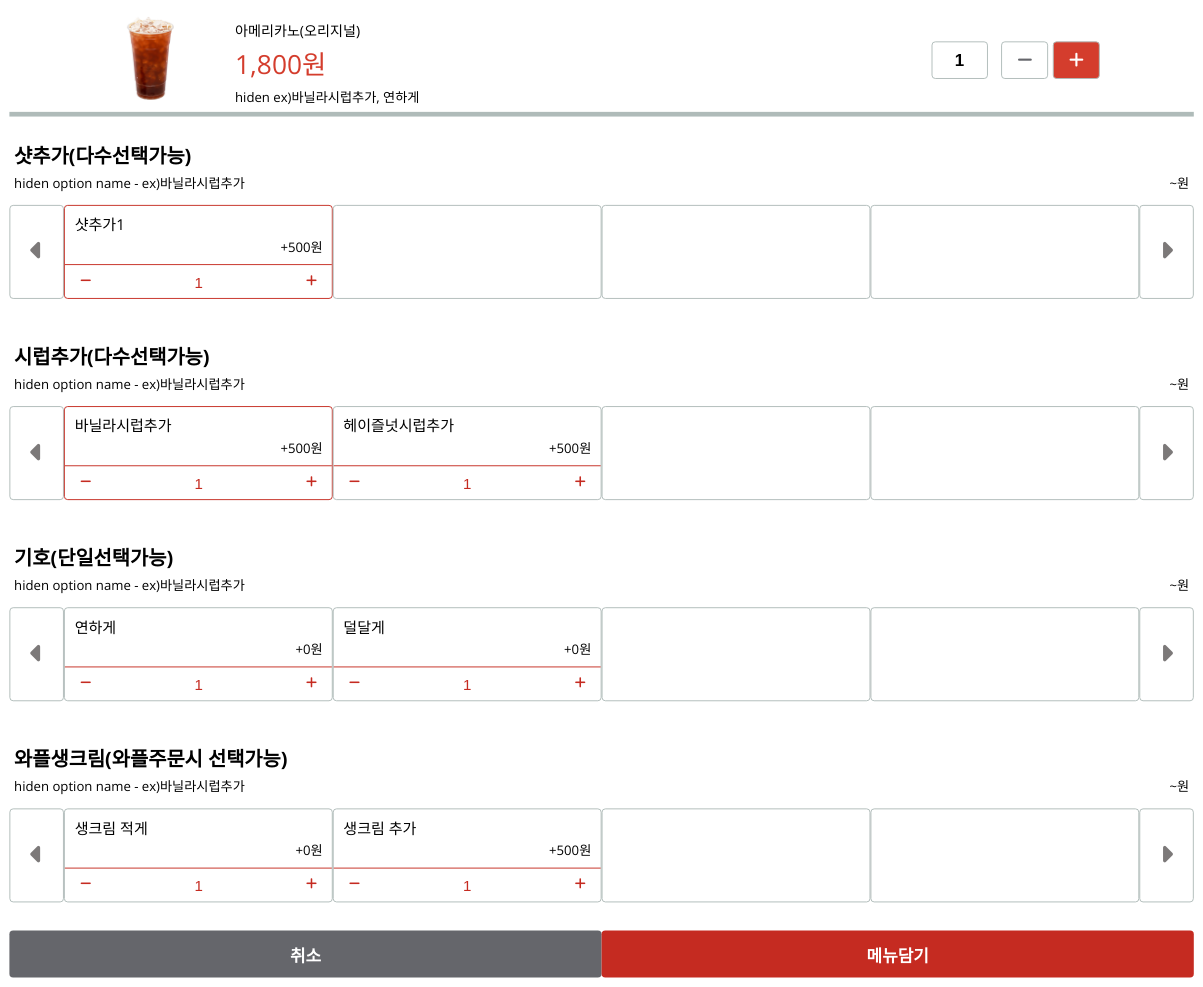
Repository: leebo-ram/tripleacoffee
Page: popup/options.html
The author's editor kept a copy of each file at every save. The page is drawn from the files as they stood at one save, then again after the next save.
The browser window is 1280 px wide. The pictures show the whole page, at 94% of full size.
Some web libraries are served in a nearby version.

Above is the page before, as saved 2023-01-01 20:40:03.

### popup/options.html
<!DOCTYPE html>
<html lang="en">

<head>
  <meta charset="UTF-8">
  <meta http-equiv="X-UA-Compatible" content="IE=edge">
  <meta name="viewport" content="width=device-width, initial-scale=1.0">
  <title>Select options(옵션선택)</title>
  <meta name="description"
    content="tripleacoffee Portfolio for world-renowned software engineer Lee Bo-ram and Byeon Sang-woo">

  <link rel="icon" type="image/png" href="../img/0_logo/logo_h.jpg" />

  <!-- 무료icon 적용하기 -->
  <script src="https://kit.fontawesome.com/24a94e1bce.js" crossorigin="anonymous"></script>


  <!-- 글씨체 적용하기 -->
  <link href="https://fonts.googleapis.com/css2?family=Open+Sans:wght@400;600;700&display=swap" rel="stylesheet">
  <!-- css(font-글씨체) : font-family: 'Open Sans', sans-serif;-->

  <link rel="stylesheet" href="../style2.css">
  <script src="../options.js" defer></script>

</head>

<body>
  <!-- 메뉴 보이기  -->
  <section id="showMenu">
    <!-- 선택한 메뉴 보이기 -->
    <div class="show__menu">
      <img class="showMenu__img" src="../img/1_COFFEE/1_아메리카노.png" alt="아메리카노" />
    </div>

    <div class="showMenu__description">
      <p>아메리카노(오리지널)</p>
      <p class="showMenu__description_price">1,800원</p>
      <p class="option__text select__option nonselect__hiden">hiden ex)바닐라시럽추가, 연하게</p>
    </div>

    <!-- 선택한 메뉴 수량 증감Btn -->
    <div class="plusMinus">
      <input type="text" value="1" class="prod-quantity__input__menu" maxlength="2" autocomplete="off">

      <button class="showMenu__btn showMenu__minus__btn">
        <i class="fas fa-minus"></i>
      </button>

      <button class="showMenu__btn showMenu__plus__btn">
        <i class="fas fa-plus"></i>
      </button>
    </div>
  </section>
  <!-- option__discription!! -->
  <!-- 옵션사항 - 샷추가 -->
  <section id="options">
    <div class="option__discription">
      <h3>샷추가(다수선택가능)</h3>
      <ul class="option__text__hiden">
        <li>hiden option name - ex)바닐라시럽추가</li>
        <li> ~원</li>
      </ul>
    </div>

    <div class="prod-buy__quantity">

      <!-- arrow Btn(양끝 btn) -->
      <button class="options__arrow__left">
        <i class="fas fa-caret-left"></i>
      </button>
      <button class="options__arrow__right">
        <i class="fas fa-caret-right"></i>
      </button>

      <div class="prod-quantity__form selected">
        <p class="quantity__biscriptipn">샷추가1</p>
        <p class="quantity__price">+500원</p>

        <!-- 옵션 수량 증감Btn -->
        <div class="option__plusMinus">
          <input type="text" value="1" maxlength="2" autocomplete="off">

          <!-- plus botton -->
          <button class="prod-quantity__plus" type="button">
            <i class="fas fa-plus"></i>
          </button>

          <!-- minus botton -->
          <button class="prod-quantity__minus" type="button">
            <i class="fas fa-minus"></i>
          </button>
        </div>
      </div>

      <div class="prod-quantity__form">
        <!-- <p class="quantity__biscriptipn ">샷추가2</p>
                  <p class="quantity__price">+500원</p> -->

        <!-- 옵션 수량 증감Btn -->
        <!-- <div class="option__plusMinus">
                    <input type="text" value="1" maxlength="2" autocomplete="off"> -->

        <!-- plus botton -->
        <!-- <button class="prod-quantity__plus" type="button">
                      <i class="fas fa-plus"></i>
                    </button> -->

        <!-- minus botton -->
        <!-- <button class="prod-quantity__minus" type="button">
                      <i class="fas fa-minus"></i>
                    </button>
                  </div> -->
      </div>

      <div class="prod-quantity__form">
        <!-- <p class="quantity__biscriptipn ">샷추가3</p>
              <p class="quantity__price">+500원</p> -->

        <!-- 옵션 수량 증감Btn -->
        <!-- <div class="option__plusMinus ">
                <input type="text" value="1" maxlength="2" autocomplete="off"> -->

        <!-- plus botton -->
        <!-- <button class="prod-quantity__plus" type="button">
                  <i class="fas fa-plus"></i>
                </button> -->

        <!-- minus botton -->
        <!-- <button class="prod-quantity__minus" type="button">
                  <i class="fas fa-minus"></i>
                </button>
              </div> -->
      </div>

      <div class="prod-quantity__form">
        <!-- <p class="quantity__biscriptipn">샷추가4</p>
              <p class="quantity__price">+500원</p> -->

        <!-- 옵션 수량 증감Btn -->
        <!-- <div class="option__plusMinus">
                <input type="text" value="1" maxlength="2" autocomplete="off"> -->

        <!-- plus botton -->
        <!-- <button class="prod-quantity__plus" type="button">
                  <i class="fas fa-plus"></i>
                </button> -->

        <!-- minus botton -->
        <!-- <button class="prod-quantity__minus" type="button">
                  <i class="fas fa-minus"></i>
                </button>
              </div> -->
      </div>
    </div>
  </section>


  <!-- 옵션사항_시럽추가 -->
  <section id="options">
    <div class="option__discription">
      <h3>시럽추가(다수선택가능)</h3>
      <ul class="option__text__hiden">
        <li>hiden option name - ex)바닐라시럽추가</li>
        <li> ~원</li>
      </ul>
    </div>

    <div class="prod-buy__quantity">
      <!-- arrow Btn -->
      <button class="options__arrow__left">
        <i class="fas fa-caret-left"></i>
      </button>
      <button class="options__arrow__right">
        <i class="fas fa-caret-right"></i>
      </button>

      <div class="prod-quantity__form selected">
        <p class="quantity__biscriptipn">바닐라시럽추가</p>
        <p class="quantity__price">+500원</p>

        <!-- 옵션 수량 증감Btn -->
        <div class="option__plusMinus">
          <input type="text" value="1" maxlength="2" autocomplete="off">

          <!-- plus botton -->
          <button class="prod-quantity__plus" type="button">
            <i class="fas fa-plus"></i>
          </button>

          <!-- minus botton -->
          <button class="prod-quantity__minus" type="button">
            <i class="fas fa-minus"></i>
          </button>
        </div>
      </div>

      <div class="prod-quantity__form">
        <p class="quantity__biscriptipn ">헤이즐넛시럽추가</p>
        <p class="quantity__price">+500원</p>

        <!-- 옵션 수량 증감Btn -->
        <div class="option__plusMinus">
          <input type="text" value="1" maxlength="2" autocomplete="off">

          <!-- plus botton -->
          <button class="prod-quantity__plus" type="button">
            <i class="fas fa-plus"></i>
          </button>

          <!-- minus botton -->
          <button class="prod-quantity__minus" type="button">
            <i class="fas fa-minus"></i>
          </button>
        </div>
      </div>

      <div class="prod-quantity__form">
        <!-- <p class="quantity__biscriptipn ">샷추가3</p>
              <p class="quantity__price">+500원</p> -->

        <!-- 옵션 수량 증감Btn -->
        <!-- <div class="option__plusMinus ">
                <input type="text" value="1" maxlength="2" autocomplete="off"> -->

        <!-- plus botton -->
        <!-- <button class="prod-quantity__plus" type="button">
                  <i class="fas fa-plus"></i>
                </button> -->

        <!-- minus botton -->
        <!-- <button class="prod-quantity__minus" type="button">
                  <i class="fas fa-minus"></i>
                </button>
              </div> -->
      </div>

      <div class="prod-quantity__form">
        <!-- <p class="quantity__biscriptipn">샷추가4</p>
              <p class="quantity__price">+500원</p> -->

        <!-- 옵션 수량 증감Btn -->
        <!-- <div class="option__plusMinus">
                <input type="text" value="1" maxlength="2" autocomplete="off"> -->

        <!-- plus botton -->
        <!-- <button class="prod-quantity__plus" type="button">
                  <i class="fas fa-plus"></i>
                </button> -->

        <!-- minus botton -->
        <!-- <button class="prod-quantity__minus" type="button">
                  <i class="fas fa-minus"></i>
                </button>
              </div> -->
      </div>
    </div>
  </section>


  <!-- 옵션사항_기호(단일선택) -->
  <section id="options">
    <div class="option__discription">
      <h3>기호(단일선택가능)</h3>
      <ul class="option__text__hiden">
        <li>hiden option name - ex)바닐라시럽추가</li>
        <li> ~원</li>
      </ul>
    </div>

    <div class="prod-buy__quantity">
      <!-- arrow Btn -->
      <button class="options__arrow__left">
        <i class="fas fa-caret-left"></i>
      </button>
      <button class="options__arrow__right">
        <i class="fas fa-caret-right"></i>
      </button>

      <div class="prod-quantity__form">
        <p class="quantity__biscriptipn">연하게</p>
        <p class="quantity__price">+0원</p>

        <!-- 옵션 수량 증감Btn -->
        <div class="option__plusMinus">
          <input type="text" value="1" maxlength="2" autocomplete="off">

          <!-- plus botton -->
          <button class="prod-quantity__plus" type="button">
            <i class="fas fa-plus"></i>
          </button>

          <!-- minus botton -->
          <button class="prod-quantity__minus" type="button">
            <i class="fas fa-minus"></i>
          </button>
        </div>
      </div>

      <div class="prod-quantity__form">
        <p class="quantity__biscriptipn ">덜달게</p>
        <p class="quantity__price">+0원</p>

        <!-- 옵션 수량 증감Btn -->
        <div class="option__plusMinus">
          <input type="text" value="1" maxlength="2" autocomplete="off">

          <!-- plus botton -->
          <button class="prod-quantity__plus" type="button">
            <i class="fas fa-plus"></i>
          </button>

          <!-- minus botton -->
          <button class="prod-quantity__minus" type="button">
            <i class="fas fa-minus"></i>
          </button>
        </div>
      </div>

      <div class="prod-quantity__form">
        <!-- <p class="quantity__biscriptipn ">샷추가3</p>
              <p class="quantity__price">+500원</p> -->

        <!-- 옵션 수량 증감Btn -->
        <!-- <div class="option__plusMinus ">
                <input type="text" value="1" maxlength="2" autocomplete="off"> -->

        <!-- plus botton -->
        <!-- <button class="prod-quantity__plus" type="button">
                  <i class="fas fa-plus"></i>
                </button> -->

        <!-- minus botton -->
        <!-- <button class="prod-quantity__minus" type="button">
                  <i class="fas fa-minus"></i>
                </button>
              </div> -->
      </div>

      <div class="prod-quantity__form">
        <!-- <p class="quantity__biscriptipn">샷추가4</p>
              <p class="quantity__price">+500원</p> -->

        <!-- 옵션 수량 증감Btn -->
        <!-- <div class="option__plusMinus">
                <input type="text" value="1" maxlength="2" autocomplete="off"> -->

        <!-- plus botton -->
        <!-- <button class="prod-quantity__plus" type="button">
                  <i class="fas fa-plus"></i>
                </button> -->

        <!-- minus botton -->
        <!-- <button class="prod-quantity__minus" type="button">
                  <i class="fas fa-minus"></i>
                </button>
              </div> -->
      </div>
    </div>
  </section>


  <!-- 옵션사항_기호(단일선택):와플생크림 적게 -->
  <section id="options">
    <div class="option__discription">
      <h3 class="option__text">와플생크림(와플주문시 선택가능)</h3>
      <ul class="option__text__hiden">
        <li class="nonSelect__hiden">hiden option name - ex)바닐라시럽추가</li>
        <li class="nonSelect__hiden"> ~원</li>
      </ul>
    </div>

    <div class="prod-buy__quantity">
      <!-- arrow Btn -->
      <button class="options__arrow__left">
        <i class="fas fa-caret-left"></i>
      </button>
      <button class="options__arrow__right">
        <i class="fas fa-caret-right"></i>
      </button>

      <div class="prod-quantity__form">
        <p class="quantity__biscriptipn">생크림 적게</p>
        <p class="quantity__price">+0원</p>

        <!-- 옵션 수량 증감Btn -->
        <div class="option__plusMinus">
          <input type="text" value="1" maxlength="2" autocomplete="off">

          <!-- plus botton -->
          <button class="prod-quantity__plus" type="button">
            <i class="fas fa-plus"></i>
          </button>

          <!-- minus botton -->
          <button class="prod-quantity__minus" type="button">
            <i class="fas fa-minus"></i>
          </button>
        </div>
      </div>

      <div class="prod-quantity__form">
        <p class="quantity__biscriptipn ">생크림 추가</p>
        <p class="quantity__price">+500원</p>

        <!-- 옵션 수량 증감Btn -->
        <div class="option__plusMinus">
          <input type="text" value="1" maxlength="2" autocomplete="off">

          <!-- plus botton -->
          <button class="prod-quantity__plus" type="button">
            <i class="fas fa-plus"></i>
          </button>

          <!-- minus botton -->
          <button class="prod-quantity__minus" type="button">
            <i class="fas fa-minus"></i>
          </button>
        </div>
      </div>

      <div class="prod-quantity__form">
        <!-- <p class="quantity__biscriptipn ">샷추가3</p>
              <p class="quantity__price">+500원</p> -->

        <!-- 옵션 수량 증감Btn -->
        <!-- <div class="option__plusMinus ">
                <input type="text" value="1" maxlength="2" autocomplete="off"> -->

        <!-- plus botton -->
        <!-- <button class="prod-quantity__plus" type="button">
                  <i class="fas fa-plus"></i>
                </button> -->

        <!-- minus botton -->
        <!-- <button class="prod-quantity__minus" type="button">
                  <i class="fas fa-minus"></i>
                </button>
              </div> -->
      </div>

      <div class="prod-quantity__form">
        <!-- <p class="quantity__biscriptipn">샷추가4</p>
              <p class="quantity__price">+500원</p> -->

        <!-- 옵션 수량 증감Btn -->
        <!-- <div class="option__plusMinus">
                <input type="text" value="1" maxlength="2" autocomplete="off"> -->

        <!-- plus botton -->
        <!-- <button class="prod-quantity__plus" type="button">
                  <i class="fas fa-plus"></i>
                </button> -->

        <!-- minus botton -->
        <!-- <button class="prod-quantity__minus" type="button">
                  <i class="fas fa-minus"></i>
                </button>
              </div> -->
      </div>
    </div>
  </section>



  <!-- 취소, 메뉴담기 btn -->
  <section id="carts">
    <div class="cart">
      <a href="../menu/menu_v2.html">
        <button class="cart_btn cart__cansle__Btn">취소</button>
      </a>
    </div>
    <div class="cart">
      <button class="cart_btn cart__ok__Btn">메뉴담기</button>
    </div>
  </section>

</body>

</html>

Loaded but not shown: options.js (33 lines, source omitted); style2.css (1065 lines, source omitted)

After the next save:
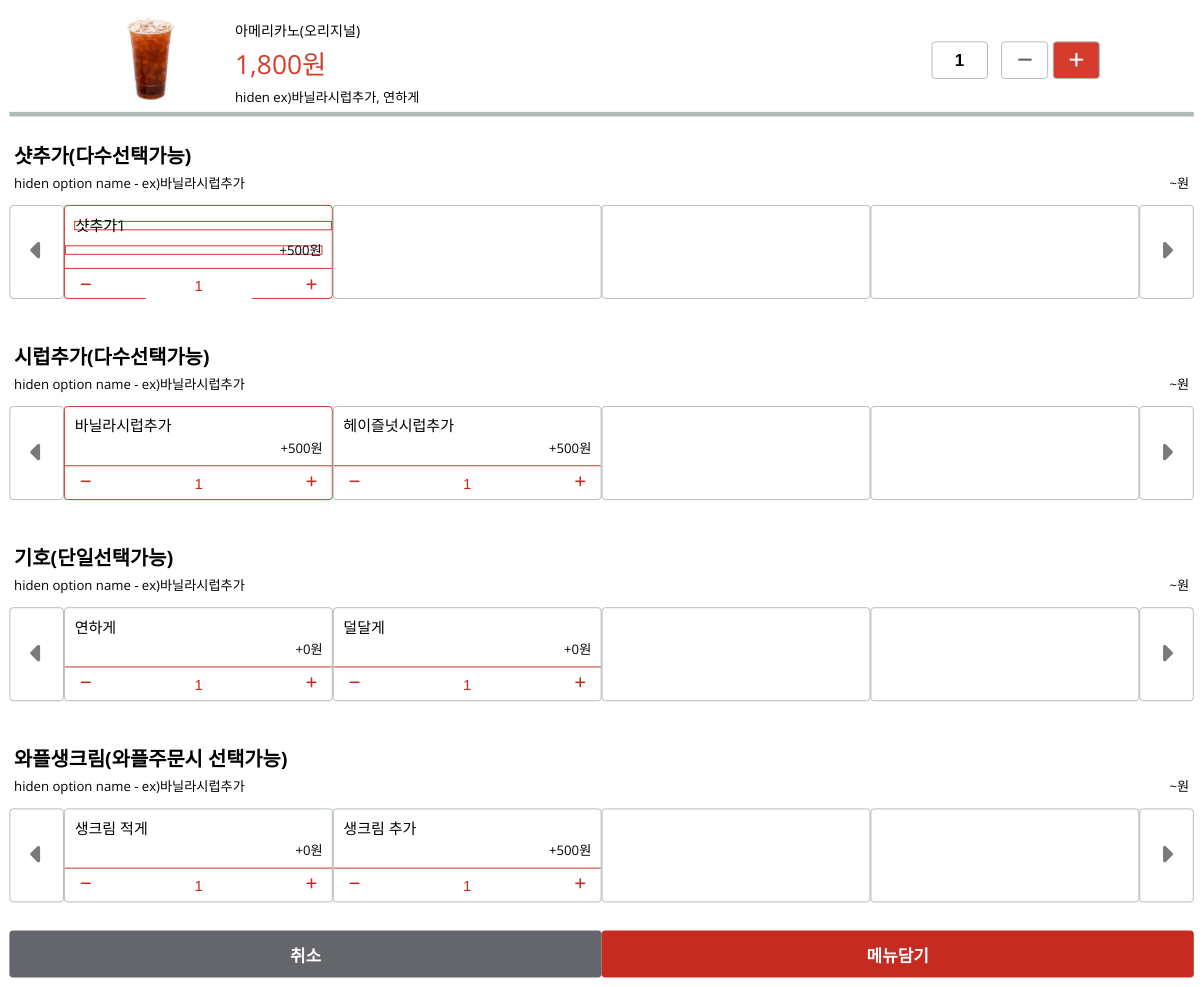
Saved 13 s later.
--- a/popup/options.html
+++ b/popup/options.html
@@ -73,8 +73,8 @@
       </button>
 
       <div class="prod-quantity__form selected">
-        <p class="quantity__biscriptipn">샷추가1</p>
-        <p class="quantity__price">+500원</p>
+        <p class="quantity__biscriptipn selected">샷추가1</p>
+        <p class="quantity__price selected">+500원</p>
 
         <!-- 옵션 수량 증감Btn -->
         <div class="option__plusMinus">
